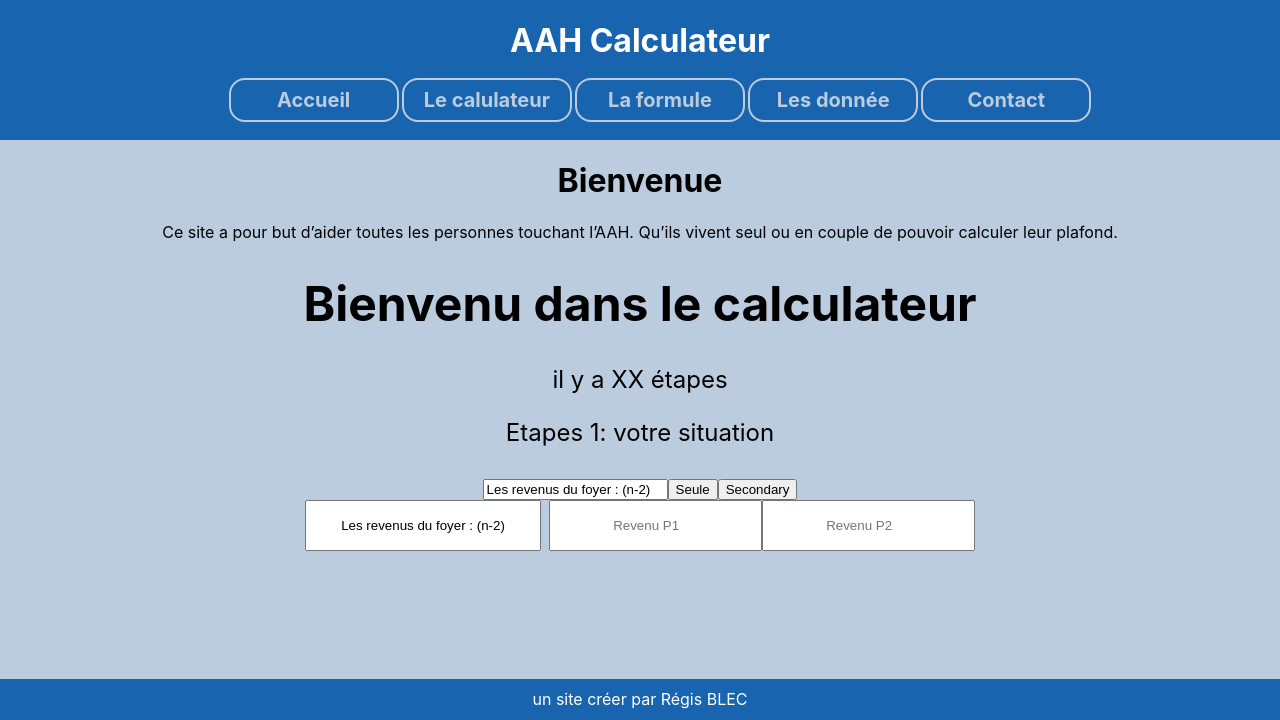
Repository: Cide74/calculateur-aah
Page: /
An editor plug-in stored every save of this project. The page is shown before and after the next save, followed by the edit.
The browser window is 1280 px wide. The pictures show the whole page.
The project was rebuilt for these pictures with package versions that can differ from the ones it lists, and the page was loaded fresh each time.

Above is the page before, as saved 2021-04-05 18:14:26.

After the next save:
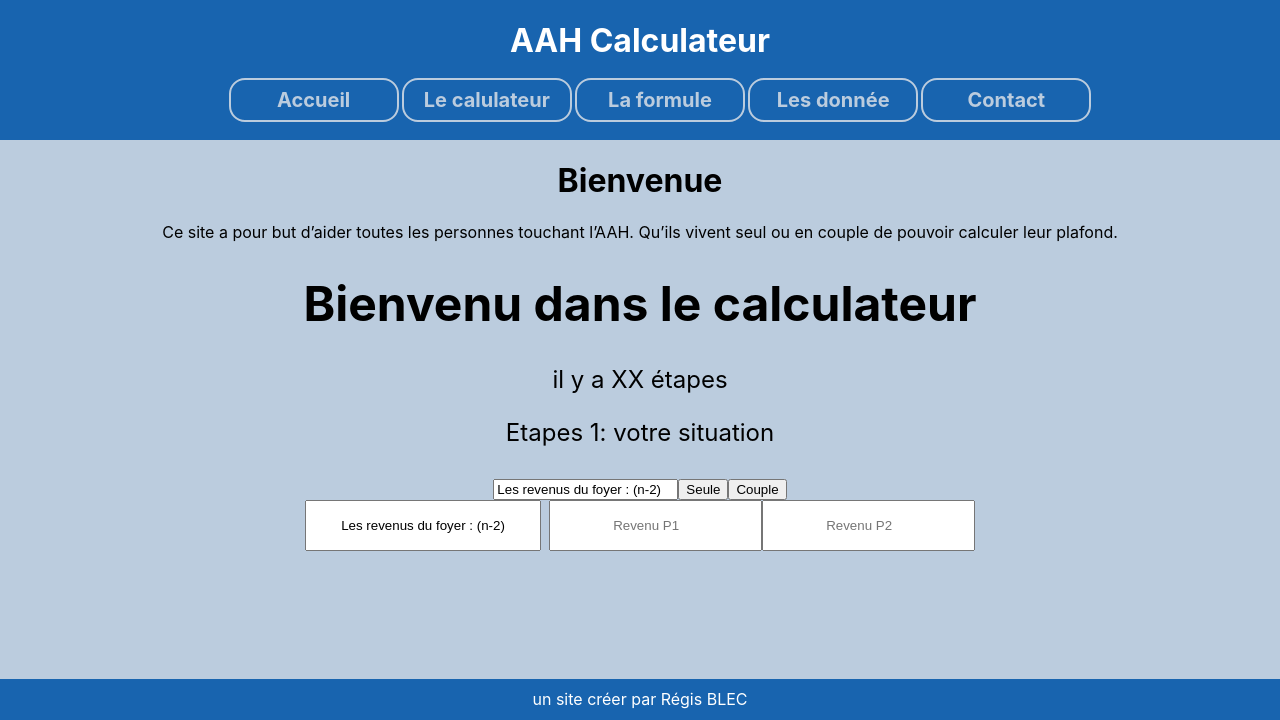
Saved 5 s later.
--- a/src/components/Calculator/Calculator.js
+++ b/src/components/Calculator/Calculator.js
@@ -25,7 +25,7 @@ export default function Calculator() {
 
 
     <Button content='Seule' Seule />
-    <Button content='Secondary' secondary />
+    <Button content='Couple' secondary />
 
 
           </div>
